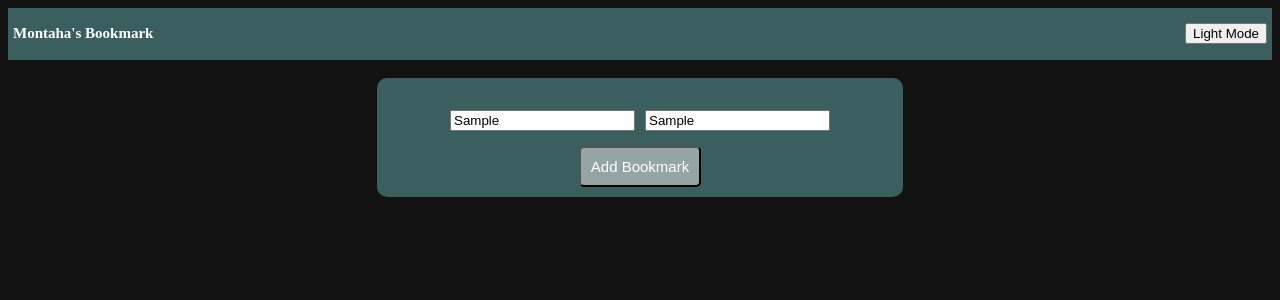
Repository: eidimontaha18-maker/finalproject
Page: index.html
These files come from the project's save history. The page is drawn as it stood at one moment and after the next save; the edit follows.
The browser window is 1280 px wide. The pictures show the whole page.
Empty fields were first filled with sample values (such as "Sample", 5 or name@example.com).
After loading, the first visible `#mode` was clicked once.

Above is the page before, as saved 2025-11-26 01:06:49.

### index.html
<!DOCTYPE html>
<html lang="en">
<head>
    <meta charset="UTF-8">
    <meta name="viewport" content="width=device-width, initial-scale=1.0">
    <title>Montaha's Bookmark</title>
    <link rel="stylesheet" href="style.css">
</head>
<body>
    <nav>
        <h1>Montaha's Bookmark</h1>
        <button id="mode">Mode</button>
    </nav>
    <br>
    <main>
        <div class="addbookmark">
            <input type="text" placeholder="Title" id="title" />
            <input type="text" placeholder="https://example.com" id="url" />
            <br>
            <button id="addbtn">Add Bookmark</button>
        </div>
        <div>
            <ul id="bookmark-list" class="bookmark-list"></ul>
        </div>
    </main>
     <script src="script.js"></script>
</body>
</html>

### style.css
.addbookmark{
    background-color: rgb(59, 94, 94);
    padding: 10px;
    width: 40%;
    margin: auto;
    border-radius: 10px;
    text-align: center;
    font-size: 40px;
}
#addbtn{
    background-color: rgb(147, 165, 165);
    color: white;
    padding: 10px;
    border-radius: 5px;
    font-size: 15px;
    cursor: pointer;
}

nav{
    background-color: rgb(59, 94, 94);
    text-align: left;
    padding:5px;
    margin-top: 0%;
    font-size: 10px;
    color: white;
    font-weight: bold;
    display: flex;
    justify-content: space-between;
    align-items: center;
}

.bookmark-list{
    width: auto;
    margin-top: 20px;
    padding: 0;
    list-style-type: none;
    font-size: 15px
}
.bookmark-list li{
    background-color: rgb(233, 240, 240);
    margin-bottom: 10px;
    padding: 10px;
    border-radius: 5px;
    display: flex;
    justify-content:right
}
.bookmark-list li a{
    color: rgb(36, 5, 173);
    text-decoration: none;
}
.openbtn{
    background-color: rgb(147, 165, 165);
    color: white;
    padding: 5px;
    border-radius: 5px;
    font-size: 12px;
    cursor: pointer;
    margin-left: auto;
}
.deletebtn{
    background-color: rgb(255, 99, 71);
    color: white;
    padding: 5px;
    border-radius: 5px;
    font-size: 12px;
    cursor: pointer;
    margin-left: 10px;
}
.dark-mode{
    background-color: #121212;
    color: white;

}
.mode{
    background-color: rgb(147, 165, 165);
    color: white;
    padding: 5px;
    border-radius: 5px;
    font-size: 12px;
    cursor: pointer;
    margin-left: 10px;
}

### script.js
let title = document.getElementById('title');
let url = document.getElementById('url');
let addbtn = document.getElementById('addbtn');

addbtn.addEventListener('click', function() {
    let titleValue = title.value.trim();
    let urlValue = url.value.trim();

    if (titleValue === '' || urlValue === '') {
        alert('Please fill in both fields.');
        return;
    }

    if (!/^https?:\/\//i.test(urlValue)) {
        alert('URL must start with http:// or https://');
        return;
    }

    let bookmarkList = document.getElementById('bookmark-list');
    let listItem = document.createElement('li');

    let link = document.createElement('a');
    link.href = urlValue;
    link.textContent = titleValue;
    link.target = '_blank';
    link.rel = 'noopener noreferrer';

    // Create Open button
    let openBtn = document.createElement('button');
    openBtn.textContent = 'Open';
    openBtn.className = 'openbtn';
    openBtn.addEventListener('click', function() {
        window.open(urlValue, '_blank');
    });

    // Create Delete button
    let deleteBtn = document.createElement('button');
    deleteBtn.textContent = 'Delete';
    deleteBtn.className = 'deletebtn';
    deleteBtn.addEventListener('click', function() {
        listItem.remove();
    });

    listItem.appendChild(link);
    listItem.appendChild(openBtn);
    listItem.appendChild(deleteBtn);
    bookmarkList.appendChild(listItem);

    title.value = '';
    url.value = '';
});

let modeBtn = document.getElementById('mode');
if (modeBtn) {
    modeBtn.textContent = 'Dark Mode';


    if (localStorage.getItem('darkMode') === 'true') {
        document.body.classList.add('dark-mode');
        modeBtn.textContent = 'Light Mode';
    }

    modeBtn.addEventListener('click', function() {
        document.body.classList.toggle('dark-mode');
        modeBtn.textContent = document.body.classList.contains('dark-mode') ? 'Light Mode' : 'Dark Mode';
        localStorage.setItem('darkMode', document.body.classList.contains('dark-mode'));
    });
}

After the next save:
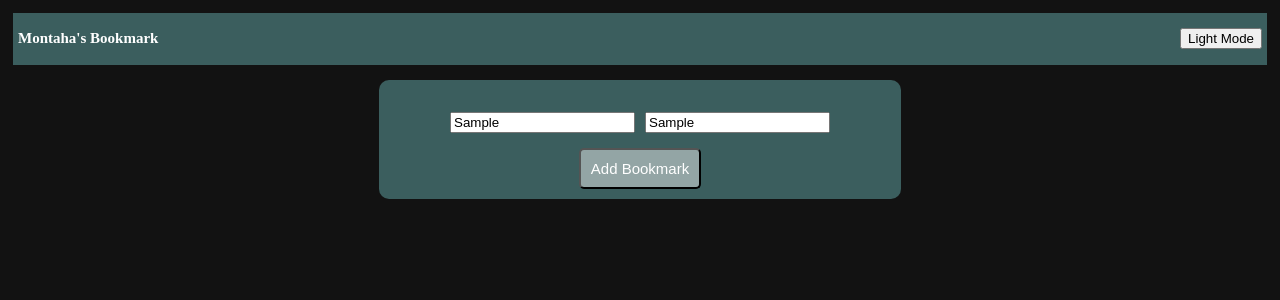
Saved 47 s later.
--- a/style.css
+++ b/style.css
@@ -69,14 +69,8 @@ nav{
 .dark-mode{
     background-color: #121212;
     color: white;
-
-}
-.mode{
-    background-color: rgb(147, 165, 165);
-    color: white;
     padding: 5px;
     border-radius: 5px;
     font-size: 12px;
-    cursor: pointer;
-    margin-left: 10px;
+
 }
